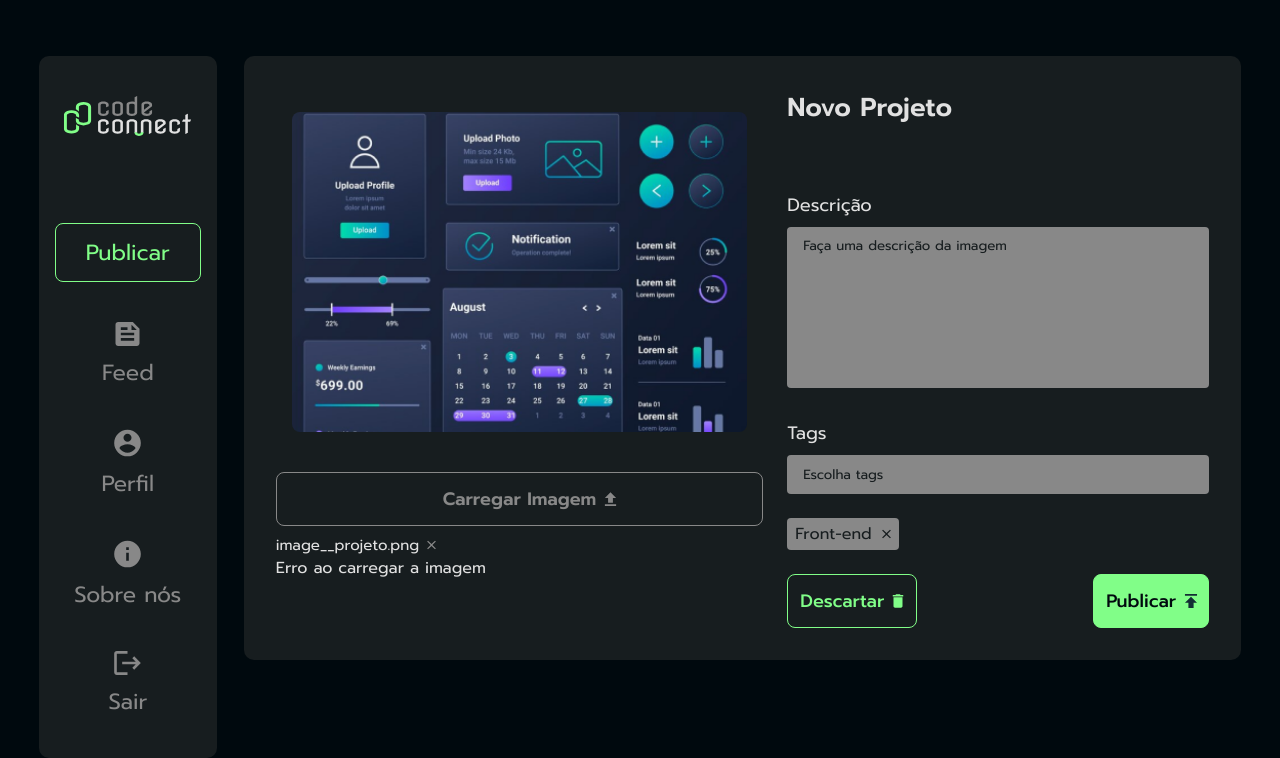
Repository: joaoPraiaJunior/async_await
Page: index.html
The author's editor kept a copy of each file at every save. The page is drawn from the files as they stood at one save, then again after the next save.
The browser window is 1280 px wide. The pictures show the whole page.

Above is the page before, as saved 2024-08-25 21:07:54.

### index.html
<!DOCTYPE html>
<html lang="pt-BR" dir="ltr">

<head>
    <meta charset="UTF-8">
    <meta name="viewport" content="width=device-width, initial-scale=1.0">
    <meta name="description" content="Projeto Async Await">
    <link rel="preconnect" href="https://fonts.googleapis.com">
    <link rel="preconnect" href="https://fonts.gstatic.com" crossorigin>
    <link href="https://fonts.googleapis.com/css2?family=Prompt:ital,wght@0,100;0,200;0,300;0,400;0,500;0,600;0,700;0,800;0,900;1,100;1,200;1,300;1,400;1,500;1,600;1,700;1,800;1,900&display=swap" rel="stylesheet">
    <link rel="stylesheet" href="./css/styles.css">
    <title>CodeConnect</title>
</head>

<body>
    <aside class="l-lateral">
        <figure><img src="./img/Logo.svg" alt="Logo do codeconnect"></figure>
        <nav class="c-menu">
            <ul class="c-menu__lista">
                <li class="c-menu__item"><a href="#" class="c-menu__link">Publicar</a></li>
                <li class="c-menu__item"><a href="#" class="c-menu__link"><img src="./img/feed.svg" aria-hidden="true" alt>Feed</a></li>
                <li class="c-menu__item"><a href="#" class="c-menu__link"><img src="./img/account_circle.svg" aria-hidden="true" alt>Perfil</a></li>
                <li class="c-menu__item"><a href="#" class="c-menu__link"><img src="./img/info.svg" aria-hidden="true" alt>Sobre nós</a></li>
                <li class="c-menu__item"><a href="#" class="c-menu__link"><img src="./img/logout.svg" aria-hidden="true" alt>Sair</a></li>
            </ul>
        </nav>
    </aside>

    <main class="l-principal">
        <div class="c-upload-imagem">
            <div class="c-upload-imagem__container">
                <figure class="c-upload-imagem__publicacao">
                    <img src="./img/imagem1.png" data-js="imagem" alt>
                </figure>
            </div>
            <button class="c-upload-imagem__botao" aria-label="carregar imagem" data-js="upload-de-imagem" aria-label="carregar-imagem">Carregar Imagem</button>
            <input type="file" name="imagem" id="imagem" accept="image/*" aria-hidden="true" style="display:none" data-js="input-upload-imagem">
            <div class="c-upload-imagem__descricao">
                <p data-js="descricao-da-imagem">image__projeto.png</p>
                <img src="./img/close.svg" aria-label="Excluir a imagem" alt>
            </div>
            <div class="c-upload-imagem__mensagem-erro">
                <p data-js="mensagem-de-erro">Erro ao carregar a imagem</p>
            </div>
        </div>

        <div class="c-formulario">
            <h1 class="c-formulario__titulo">Novo Projeto</h1>
            <form class="c-formulario__acoes">
                <div class="c-formulario__grupo">
                    <label for="descricao">Descrição</label>
                    <textarea name="descricao" id="descricao" placeholder="Faça uma descrição da imagem"></textarea>
                </div>

                <div class="c-formulario__grupo">
                    <label for="tags">Tags</label>
                    <input type="text" name="tags" id="tags" placeholder="Escolha tags">
                </div>

                <ul class="c-formulario__lista">
                    <li class="c-formulario__lista-tags">
                        <p>Front-end</p>
                        <img src="./img/close-black.svg" alt>
                    </li>
                </ul>

                <div class="c-formulario__botoes">
                    <button class="c-formulario__botao c-formulario__botao--descartar">Descartar</button>
                    <button class="c-formulario__botao c-formulario__botao--salvar">Publicar</button>
                </div>
            </form>
        </div>
    </main>

    <script src="./js/scripts.js"></script>
</body>

</html>

### css/styles.css
:root {
  /* Cores */
  --background-color: #00090e;
  --cor-do-texto: #e1e1e1;
  --cor-primaria: #81fe88;
  --cor-secundaria: #888888;
  --cor-da-tag: #171d1f;
  --componentes-do-background: #171d1f;

  /* Fontes */
  --fonte-padrao: "Prompt", sans-serif;
}

* {
  margin: 0;
  padding: 0;
  box-sizing: border-box;
}

html {
  font-size: 62.5%;
}

body {
  display: flex;
  justify-content: center;
  align-items: start;
  gap: 2.7rem;
  font-family: var(--fonte-padrao);
  font-size: 1.6rem;
  background-color: var(--background-color);
  color: var(--cor-do-texto);
  padding: 5.6rem 0;
  height: 100vh;
}

.l-lateral {
  text-align: center;
  background-color: var(--componentes-do-background);
  border-radius: 1rem;
  padding: 4rem 1.6rem;
}

.c-menu__lista {
  display: flex;
  flex-direction: column;
  align-items: center;
  gap: 4rem;
  margin-top: 8rem;
  list-style-type: none;
}

.c-menu__link {
  display: flex;
  flex-direction: column;
  align-items: center;
  gap: 1rem;
  font-size: 2.2rem;
  text-decoration: none;
  color: var(--cor-secundaria);
}

.c-menu__lista li:first-of-type a {
  color: var(--cor-primaria);
  border: 0.1rem solid var(--cor-primaria);
  border-radius: 0.8rem;
  padding: 1.2rem 3rem;
}

.l-principal {
  display: flex;
  gap: 2.4rem;
  background-color: var(--componentes-do-background);
  border-radius: 1rem;
  padding: 3.2rem;
}

.c-formulario {
  display: flex;
  flex-direction: column;
  gap: 2.4rem;
  width: 42.2rem;
}

.c-formulario__titulo {
  font-size: 2.6rem;
  font-weight: 600;
  margin-bottom: 4rem;
}

.c-formulario__acoes {
  display: flex;
  flex-direction: column;
  gap: 2.4rem;
}

.c-formulario__grupo label {
  display: block;
  font-size: 1.8rem;
  font-weight: 400;
  margin-bottom: 0.8rem;
}

.c-formulario__grupo input,
textarea {
  background-color: var(--cor-secundaria);
  font-family: var(--fonte-padrao);
  line-height: 2.25rem;
  border: none;
  border-radius: 0.4rem;
  padding: 0.8rem 1.6rem;
  width: 100%;
}

.c-formulario__grupo textarea {
  resize: none;
  height: 16.1rem;
}

.c-formulario__grupo input {
  height: 3.9rem;
}

.c-formulario__grupo input::placeholder, textarea::placeholder {
  color: var(--componentes-do-background);
}

.c-formulario__grupo label {
  cursor: pointer;
}

.c-formulario__lista {
  display: flex;
  list-style-type: none;
}

.c-formulario__lista-tags {
  display: flex;
  gap: 1rem;
  color: var(--cor-da-tag);
  background-color: var(--cor-secundaria);
  border-radius: 0.4rem;
  padding: 0.4rem 0.8rem;
  cursor: pointer;
}

.c-formulario__botoes {
  display: flex;
  justify-content: space-between;
  gap: 2.4rem;
}

.c-formulario__botao {
  font-family: var(--fonte-padrao);
  font-size: 1.8rem;
  font-weight: 500;
  text-align: center;
  border-radius: 0.8rem;
  padding: 1.2rem 3.2rem 1.2rem 1.2rem;
  cursor: pointer;
}

.c-formulario__botao--descartar,
.c-formulario__botao--salvar {
  position: relative;
}

.c-formulario__botao--descartar {
  color: var(--cor-primaria);
  background-color: var(--componentes-do-background);
  border: 0.1rem solid var(--cor-primaria);
}

.c-formulario__botao--salvar {
  color: var(--background-color);
  background-color: var(--cor-primaria);
  border: 0.1rem solid var(--cor-primaria);
}

.c-formulario__botao--descartar::after,
.c-formulario__botao--salvar::after,
.c-upload-imagem__botao::after {
  content: "";
  display: inline-block;
  position: absolute;
  top: 50%;
  background-size: contain;
  background-repeat: no-repeat;
  margin-left: 0.8rem;
  width: 1.5rem;
  height: 1.5rem;
  transform: translateY(-50%);
}

.c-formulario__botao--descartar::after {
  background-image: url("../img/trash.svg");
}

.c-formulario__botao--salvar::after {
  background-image: url("../img/arrow_forward2.svg");
}

.c-upload-imagem__botao::after {
  background-image: url("../img/upload.svg");
}

.c-upload-imagem__publicacao {
  background-color: var(--secundary-color);
  border-radius: 0.8rem;
  padding: 2.4rem 1.6rem;
  height: 36.8rem;
}

.c-upload-imagem__publicacao img {
  border-radius: 0.8rem;
  object-fit: cover;
  height: 100%;
}

.c-upload-imagem__botao {
  position: relative;
  color: var(--cor-secundaria);
  background-color: var(--componentes-do-background);
  font-family: var(--fonte-padrao);
  font-size: 1.8rem;
  font-weight: 600;
  text-align: center;
  margin: 1.6rem 0 0.8rem 0;
  border: 0.1rem solid var(--cor-secundaria);
  border-radius: 0.8rem;
  padding: 1.2rem;
  width: 100%;
  cursor: pointer;
}

.c-upload-imagem__descricao {
  display: flex;
  gap: 0.8rem;
  color: var(--secundary-color);
  font-size: 1.5rem;
}

.c-upload-imagem__descricao img {
  cursor: pointer;
}

### js/scripts.js
const elementos = {
    botaoUpaloadImagem: '[data-js="upload-de-imagem"]',
    inputUploadImagem: '[data-js="input-upload-imagem"]',
    imagem: '[data-js="imagem"]',
    descricaoDaImagem: '[data-js="descricao-da-imagem"]',
}

const botaoUpaloadImagem = document.querySelector(elementos.botaoUpaloadImagem);
const inputUploadImagem = document.querySelector(elementos.inputUploadImagem);
const imagem = document.querySelector(elementos.imagem);
const descricaoDaImagem = document.querySelector(elementos.descricaoDaImagem);

botaoUpaloadImagem.addEventListener('click', () => {
    inputUploadImagem.click();
});

function validaImagem(arquivo, evento, reject) {

    if (!validaExtensao(arquivo)) {
        reject('Extensão não permitida. Por favor, envie uma imagem no formato JPEG, PNG, JPG ou GIF');
        evento.target.value = '';
        return;
    }

    if (!validaTamnhoDaImagem(arquivo)) {
        reject('Tamanho da imagem não permitido. Por favor, envie uma imagem de até 2MB');
        evento.target.value = '';
        return;
    }
}

function validaExtensao(arquivo) {

    const extensoesPermitidas = ['image/jpeg', 'image/png', 'image/jpg', 'image/gif'];
    return extensoesPermitidas.includes(arquivo.type);
}

function validaTamnhoDaImagem(arquivo) {

    const tamanhoPermitidoDoisMB = 1024 * 1024 * 2;
    return arquivo.size <= tamanhoPermitidoDoisMB;
}


function lerConteudoDoArquivo(arquivo, evento) {

    return new Promise((resolve, reject) => {
        const leitor = new FileReader();
        leitor.onload = () => {

            validaImagem(arquivo, evento, reject)

            resolve({ url: leitor.result, nome: arquivo.name });
        }

        leitor.onerror = () => {
            reject(`Erro na leitura do arquivo ${arquivo.name}`);
        }

        leitor.readAsDataURL(arquivo);
    });
}

inputUploadImagem.addEventListener('change', async (evento) => {
    const arquivo = evento.target.files[0];

    if (arquivo) {
        try {
            const conteudoDoArquivo = await lerConteudoDoArquivo(arquivo, evento);
            imagem.src = conteudoDoArquivo.url;
            descricaoDaImagem.textContent = conteudoDoArquivo.nome;

        } catch (erro) {
            console.log(erro);
        }
    }
});

After the next save:
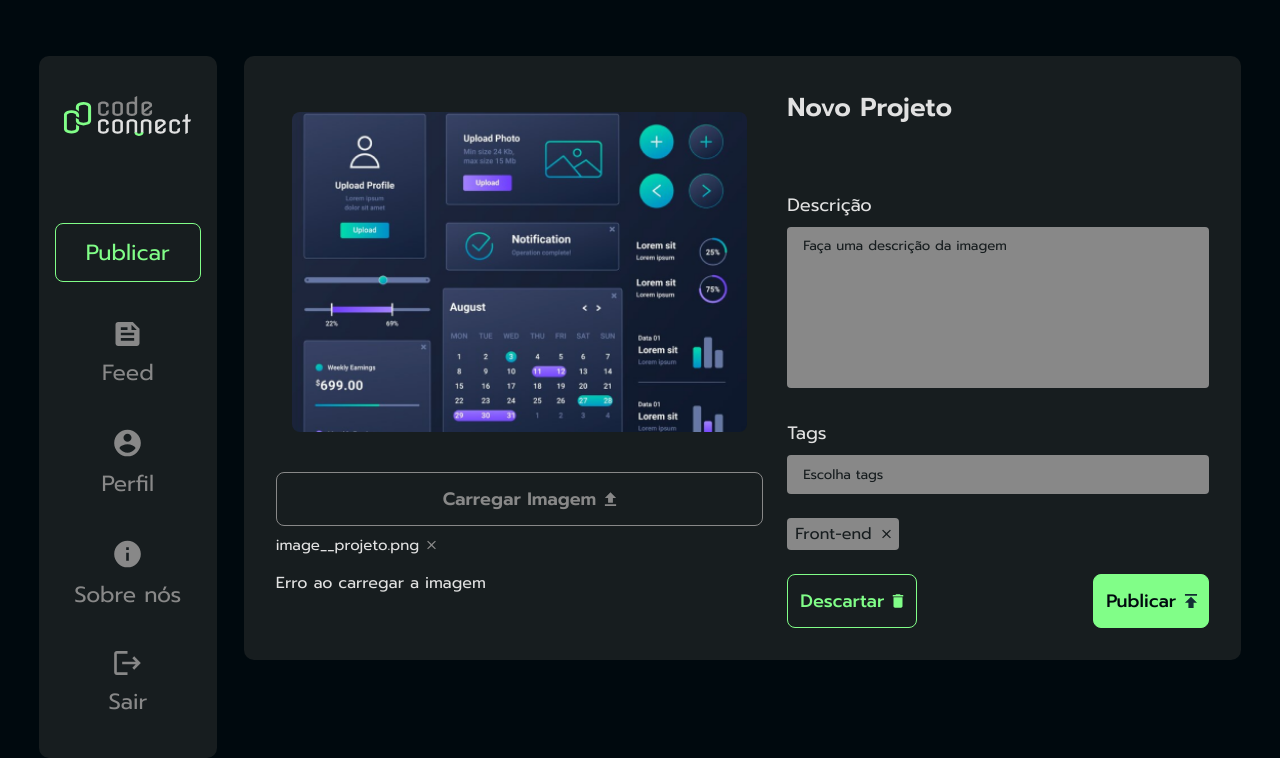
Saved 57 s later.
--- a/css/styles.css
+++ b/css/styles.css
@@ -243,3 +243,7 @@ textarea {
 .c-upload-imagem__descricao img {
   cursor: pointer;
 }
+
+.c-upload-imagem__mensagem-erro {
+  margin-top: 1.5rem;
+}
